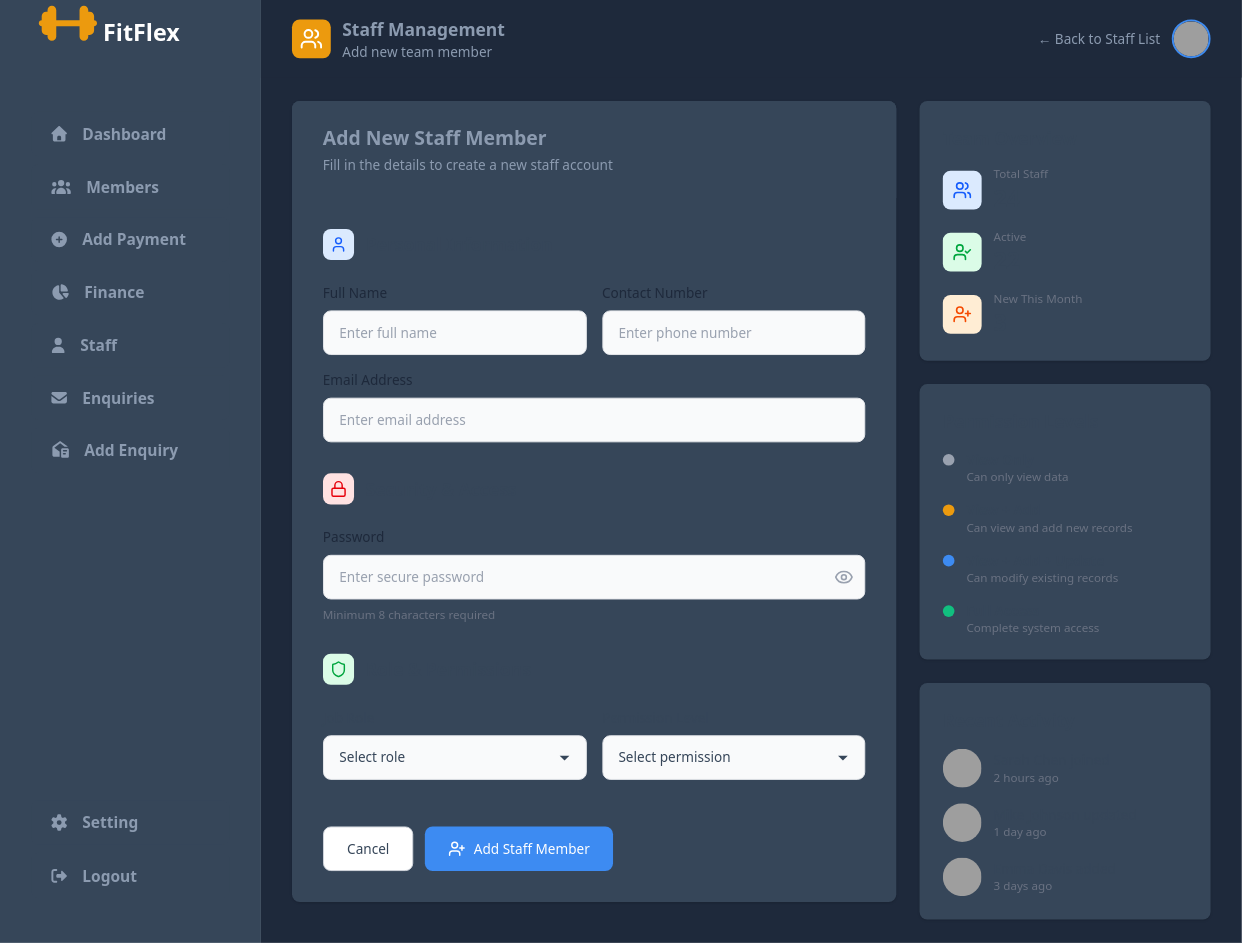
Repository: MuhammadTalhaTaj/gym_management_app_backend
Page: /addstaff (app in frontend/)
An editor plug-in stored every save of this project. The page is shown before and after the next save, followed by the edit.
The browser window is 1280 px wide. The pictures show the whole page, at 97% of full size.
Pictures or frames that could not be fetched are drawn as grey boxes. The project was rebuilt for these pictures with package versions that can differ from the ones it lists, and the page was loaded fresh each time. Also part of the build but not shown: frontend/vite.config.ts, frontend/src/assets/styles/AdminHeader.css, frontend/src/Components/AdminHeader.tsx, frontend/src/assets/styles/AdminDashboard.css, frontend/src/hooks/useDashboardData.ts, frontend/src/assets/styles/AdminDashboardStats.css, frontend/src/Components/AdminDashboardStats.tsx, frontend/src/Components/IncomeExpenseChart.tsx and 31 more.

Above is the page before, as saved 2025-11-21 10:42:27.

### frontend/index.html
<!doctype html>
<html lang="en">

<head>
  <meta charset="UTF-8" />
  <link rel="icon" type="image/svg+xml" href="/vite.svg" />
  <meta name="viewport" content="width=device-width, initial-scale=1.0" />
  <title>GymManagement</title>
  <link rel="preconnect" href="https://fonts.googleapis.com" />
  <link rel="preconnect" href="https://fonts.gstatic.com" crossorigin />
  <link rel="stylesheet" href="https://fonts.googleapis.com/css2?family=Roboto:wght@300;400;500;700&display=swap" />

</head>

<body>
  <div id="root"></div>
  <script type="module" src="/src/main.tsx"></script>
</body>

</html>

### frontend/src/index.css
@import "tailwindcss";
:root{
  padding: 0;
  margin: 0;
  box-sizing: border-box;
  --primary-100:#364659;
  --primary-200:#1E293B;
  --primary-300:#8C9BB0;
  --secondary-100: #EC9A0E;
  --secondary-200:#595446;
  --tertiary-100: #F24949;
  --tertiary-100-30: #584252;
  --tertiary-200: #F47117;
  --tertiary-200-30: #5A4B48;
  --tertiary-300: #11BF7F;
  --tertiary-300-30: #2B595E;
  --tertiary-400: #3D8BF2;
  --tertiary-400-30: #344E75;
  --tertiary-500: #94A3B8;
  --tertiary-600: #1E293B;
}
body{
  padding: 0;
  margin: 0;
}
.adminMain{
  display: flex;
  margin: 0;
  justify-content: space-between;
  padding: 0;
  /* border: 2px solid blue; */
}
@media all and (max-width:700px) {
  .adminMain{
    flex-direction: column;
  }
}

### frontend/src/Components/ProtectedRoute.tsx
import React, { useEffect, useState } from "react";
// import { Navigate } from "react-router-dom";
import { apiRequest } from "../config/api";

type Props = {
  children: React.ReactNode;
};

const getStoredToken = (): string | null => {
  return localStorage.getItem("accessToken") || sessionStorage.getItem("accessToken");
};

export default function ProtectedRoute({ children }: Props) {
  const [status, setStatus] = useState<"pending" | "ok" | "unauth">("pending");

  useEffect(() => {
    let mounted = true;

    const token = getStoredToken();
    if (!token) {
      // no token -> immediately unauth
      if (mounted) setStatus("unauth");
      return;
    }

    const validate = async () => {
      try {
        // call backend authenticate endpoint
        const res = await apiRequest<{ success?: boolean; message?: string; userId?: string }>({
          method: "GET",
          endpoint: "/auth/authenticate"
        });

        // backend returns success:true on valid token
        if (mounted && res && (res as any).success === true) {
          setStatus("ok");
        } else {
          // treat missing success flag as unauth
          if (mounted) setStatus("unauth");
        }
      } catch (err) {
        // any error -> unauth
        if (mounted) setStatus("unauth");
      }
    };

    validate();

    return () => { mounted = false; };
  }, []);

  if (status === "pending") {
    // while checking, render nothing (keep UI/layout unchanged)
    return null;
  }

  if (status === "unauth") {
    // clear tokens to ensure clean state, then redirect
    try {
      localStorage.removeItem("accessToken");
      sessionStorage.removeItem("accessToken");
    } catch (e) {
      // ignore
    }
    // return <Navigate to="/login" replace />;
  }

  // auth ok
  return <>{children}</>;
}

### frontend/src/context/AuthContext.tsx
// src/context/AuthContext.tsx (example)
import React, { createContext, useEffect } from "react";
import { onAuthFailure,
  // setAccessToken as storeAccessToken,
   clearTokens } from "../config/auth";
import { useNavigate } from "react-router-dom";

export const AuthContext = createContext<any>(null);

export const AuthProvider: React.FC<{children:any}> = ({ children }) => {
  const navigate = useNavigate();

  useEffect(() => {
    onAuthFailure(() => {
      // clear local tokens and redirect to login
      clearTokens();
      navigate("/login");
    });
  }, [navigate]);

  return <AuthContext.Provider value={{}}>{children}</AuthContext.Provider>;
};

### frontend/src/pages/Admin/AddStaff.tsx
import React, { useState } from 'react';
import { Eye, EyeOff, Users, UserCheck, UserPlus, Shield, User, Lock } from 'lucide-react';

// Data file - export this to a separate file in your project (e.g., staffData.js)
export const staffData = {
  teamOverview: {
    totalStaff: 24,
    activeStaff: 22,
    newThisMonth: 3
  },
  permissionLevels: [
    {
      id: 'view-only',
      name: 'View Only',
      description: 'Can only view data',
      color: 'bg-gray-400'
    },
    {
      id: 'view-add',
      name: 'View + Add',
      description: 'Can view and add new records',
      color: 'bg-[var(--secondary-100)]'
    },
    {
      id: 'view-add-update',
      name: 'View + Add + Update',
      description: 'Can modify existing records',
      color: 'bg-[var(--tertiary-400)]'
    },
    {
      id: 'full-access',
      name: 'Full Access',
      description: 'Complete system access',
      color: 'bg-[var(--tertiary-300)]'
    }
  ],
  recentActivity: [
    {
      id: 1,
      name: 'Sarah Chen',
      action: 'joined',
      time: '2 hours ago',
      avatar: 'https://i.pravatar.cc/150?img=1'
    },
    {
      id: 2,
      name: 'Mike Johnson',
      action: 'updated',
      time: '1 day ago',
      avatar: 'https://i.pravatar.cc/150?img=2'
    },
    {
      id: 3,
      name: 'Emma Davis',
      action: 'added',
      time: '3 days ago',
      avatar: 'https://i.pravatar.cc/150?img=3'
    }
  ],
  jobRoles: [
    'Select role',
    'Administrator',
    'Manager',
    'Developer',
    'Designer',
    'Analyst',
    'Support Staff'
  ],
  permissions: [
    'Select permission',
    'View Only',
    'View + Add',
    'View + Add + Update',
    'Full Access'
  ]
};

// Reusable Components
const Card = ({ children, className = '' }) => (
  <div className={`bg-[var(--primary-100)] rounded-lg shadow-sm ${className}`}>
    {children}
  </div>
);

const Input = ({ label, placeholder, type = 'text', value, onChange, showPasswordToggle, onTogglePassword, showPassword, helperText }) => (
  <div className="flex flex-col gap-2">
    {label && (
      <label className="text-sm font-medium text-[var(--primary-200)]">
        {label}
      </label>
    )}
    <div className="relative">
      <input
        type={type}
        placeholder={placeholder}
        value={value}
        onChange={onChange}
        className="w-full px-4 py-3 bg-gray-50 border border-gray-200 rounded-lg text-sm text-[var(--primary-100)] placeholder-gray-400 focus:outline-none focus:ring-2 focus:ring-[var(--tertiary-400)] focus:border-transparent transition-all"
      />
      {showPasswordToggle && (
        <button
          type="button"
          onClick={onTogglePassword}
          className="absolute right-3 top-1/2 -translate-y-1/2 text-gray-400 hover:text-[var(--primary-100)] transition-colors"
        >
          {showPassword ? <EyeOff size={20} /> : <Eye size={20} />}
        </button>
      )}
    </div>
    {helperText && (
      <span className="text-xs text-gray-500">{helperText}</span>
    )}
  </div>
);

const Select = ({ label, options, value, onChange }) => (
  <div className="flex flex-col gap-2">
    {label && (
      <label className="text-sm font-medium text-[var(--primary-100)]">
        {label}
      </label>
    )}
    <select
      value={value}
      onChange={onChange}
      className="w-full px-4 py-3 bg-gray-50 border border-gray-200 rounded-lg text-sm text-[var(--primary-100)] focus:outline-none focus:ring-2 focus:ring-[var(--tertiary-400)] focus:border-transparent transition-all appearance-none cursor-pointer"
      style={{
        backgroundImage: `url("data:[embedded picture, 161 characters]")`,
        backgroundRepeat: 'no-repeat',
        backgroundPosition: 'right 1rem center'
      }}
    >
      {options.map((option, index) => (
        <option key={index} value={option}>
          {option}
        </option>
      ))}
    </select>
  </div>
);

const Button = ({ children, variant = 'primary', onClick, icon: Icon }) => {
  const variants = {
    primary: 'bg-[var(--tertiary-400)] hover:bg-[var(--tertiary-400)]/90 text-white',
    secondary: 'bg-white hover:bg-gray-50 text-[var(--primary-100)] border border-gray-300'
  };

  return (
    <button
      onClick={onClick}
      className={`px-6 py-3 rounded-lg font-medium text-sm transition-all flex items-center justify-center gap-2 ${variants[variant]}`}
    >
      {Icon && <Icon size={18} />}
      {children}
    </button>
  );
};

const StatsCard = ({ icon: Icon, label, value, iconBg, iconColor }) => (
  <div className="flex items-center gap-3">
    <div className={`w-10 h-10 rounded-lg ${iconBg} flex items-center justify-center`}>
      <Icon size={20} className={iconColor} />
    </div>
    <div>
      <p className="text-xs text-gray-500">{label}</p>
      <p className="text-2xl font-bold text-[var(--primary-100)]">{value}</p>
    </div>
  </div>
);

const ActivityItem = ({ activity }) => (
  <div className="flex items-center gap-3">
    <img
      src={activity.avatar}
      alt={activity.name}
      className="w-10 h-10 rounded-full object-cover"
    />
    <div className="flex-1">
      <p className="text-sm font-medium text-[var(--primary-100)]">
        {activity.name} {activity.action}
      </p>
      <p className="text-xs text-gray-500">{activity.time}</p>
    </div>
  </div>
);

const PermissionItem = ({ permission }) => (
  <div className="flex items-start gap-3">
    <div className={`w-3 h-3 rounded-full ${permission.color} mt-1`}></div>
    <div className="flex-1">
      <p className="text-sm font-semibold text-[var(--primary-100)]">{permission.name}</p>
      <p className="text-xs text-gray-500">{permission.description}</p>
    </div>
  </div>
);

const SectionHeader = ({ icon: Icon, title, iconBg, iconColor }) => (
  <div className="flex items-center gap-3 mb-6">
    <div className={`w-8 h-8 rounded-lg ${iconBg} flex items-center justify-center`}>
      <Icon size={18} className={iconColor} />
    </div>
    <h3 className="text-lg font-semibold text-[var(--primary-100)]">{title}</h3>
  </div>
);

// Main Component
const AddStaff = () => {
  const [formData, setFormData] = useState({
    fullName: '',
    contactNumber: '',
    email: '',
    password: '',
    jobRole: staffData.jobRoles[0],
    permission: staffData.permissions[0]
  });

  const [showPassword, setShowPassword] = useState(false);

  const handleInputChange = (field) => (e) => {
    setFormData(prev => ({ ...prev, [field]: e.target.value }));
  };

  const handleSubmit = () => {
    console.log('Form submitted:', formData);
    // Add your form submission logic here
  };

  const handleCancel = () => {
    setFormData({
      fullName: '',
      contactNumber: '',
      email: '',
      password: '',
      jobRole: staffData.jobRoles[0],
      permission: staffData.permissions[0]
    });
  };

  return (
    <div className="min-h-screen w-full bg-[var(--primary-200)]">
      {/* Header */}
      <header className="bg-[var(--primary-200)] text-white px-4 sm:px-6 lg:px-8 py-4">
        <div className="max-w-7xl mx-auto flex items-center justify-between">
          <div className="flex items-center gap-3">
            <div className="w-10 h-10 bg-[var(--secondary-100)] rounded-lg flex items-center justify-center">
              <Users size={24} />
            </div>
            <div>
              <h1 className="text-lg font-semibold text-[var(--primary-300)]">Staff Management</h1>
              <p className="text-sm text-[var(--primary-300)]">Add new team member</p>
            </div>
          </div>
          <div className="flex items-center gap-3">
            <button className="flex items-center text-[var(--primary-300)] gap-2 text-sm hover:text-gray-300 transition-colors">
              <span className="hidden sm:inline">← Back to Staff List</span>
              <span className="sm:hidden">← Back</span>
            </button>
            <img
              src="https://i.pravatar.cc/150?img=5"
              alt="User"
              className="w-10 h-10 rounded-full object-cover border-2 border-[var(--tertiary-400)]"
            />
          </div>
        </div>
      </header>

      {/* Main Content */}
      <main className="max-w-7xl mx-auto px-4 sm:px-6 lg:px-8 py-6">
        <div className="grid grid-cols-1 lg:grid-cols-3 gap-6">
          {/* Left Column - Form */}
          <div className="lg:col-span-2">
            <Card className="p-6 sm:p-8">
              {/* Form Header */}
              <div className="bg-[var(--primary-100)] text-[var(--primary-300)] -mx-6 sm:-mx-8 -mt-6 sm:-mt-8 px-6 sm:px-8 py-6 rounded-t-lg mb-8">
                <h2 className="text-xl font-bold mb-1">Add New Staff Member</h2>
                <p className="text-sm text-[var(--primary-300)]">Fill in the details to create a new staff account</p>
              </div>

              <div className="space-y-8">
                {/* Personal Information */}
                <div>
                  <SectionHeader
                    icon={User}
                    title="Personal Information"
                    iconBg="bg-blue-100"
                    iconColor="text-blue-600"
                  />
                  <div className="grid grid-cols-1 md:grid-cols-2 gap-4">
                    <Input
                      label="Full Name"
                      placeholder="Enter full name"
                      value={formData.fullName}
                      onChange={handleInputChange('fullName')}
                    />
                    <Input
                      label="Contact Number"
                      placeholder="Enter phone number"
                      type="tel"
                      value={formData.contactNumber}
                      onChange={handleInputChange('contactNumber')}
                    />
                  </div>
                  <div className="mt-4">
                    <Input
                      label="Email Address"
                      placeholder="Enter email address"
                      type="email"
                      value={formData.email}
                      onChange={handleInputChange('email')}
                    />
                  </div>
                </div>

                {/* Security & Access */}
                <div>
                  <SectionHeader
                    icon={Lock}
                    title="Security & Access"
                    iconBg="bg-red-100"
                    iconColor="text-red-600"
                  />
                  <Input
                    label="Password"
                    placeholder="Enter secure password"
                    type={showPassword ? 'text' : 'password'}
                    value={formData.password}
                    onChange={handleInputChange('password')}
                    showPasswordToggle
                    onTogglePassword={() => setShowPassword(!showPassword)}
                    showPassword={showPassword}
                    helperText="Minimum 8 characters required"
                  />
                </div>

                {/* Role & Permissions */}
                <div>
                  <SectionHeader
                    icon={Shield}
                    title="Role & Permissions"
                    iconBg="bg-green-100"
                    iconColor="text-green-600"
                  />
                  <div className="grid grid-cols-1 md:grid-cols-2 gap-4">
                    <Select
                      label="Job Role"
                      options={staffData.jobRoles}
                      value={formData.jobRole}
                      onChange={handleInputChange('jobRole')}
                    />
                    <Select
                      label="Permission Level"
                      options={staffData.permissions}
                      value={formData.permission}
                      onChange={handleInputChange('permission')}
                    />
                  </div>
                </div>

                {/* Action Buttons */}
                <div className="flex flex-col sm:flex-row gap-3 pt-4">
                  <Button variant="secondary" onClick={handleCancel}>
                    Cancel
                  </Button>
                  <Button variant="primary" onClick={handleSubmit} icon={UserPlus}>
                    Add Staff Member
                  </Button>
                </div>
              </div>
            </Card>
          </div>

          {/* Right Column - Sidebar */}
          <div className="space-y-6">
            {/* Team Overview */}
            <Card className="p-6">
              <h3 className="text-lg font-semibold text-[var(--primary-100)] mb-4">Team Overview</h3>
              <div className="space-y-4">
                <StatsCard
                  icon={Users}
                  label="Total Staff"
                  value={staffData.teamOverview.totalStaff}
                  iconBg="bg-blue-100"
                  iconColor="text-blue-600"
                />
                <StatsCard
                  icon={UserCheck}
                  label="Active"
                  value={staffData.teamOverview.activeStaff}
                  iconBg="bg-green-100"
                  iconColor="text-green-600"
                />
                <StatsCard
                  icon={UserPlus}
                  label="New This Month"
                  value={staffData.teamOverview.newThisMonth}
                  iconBg="bg-orange-100"
                  iconColor="text-orange-600"
                />
              </div>
            </Card>

            {/* Permission Levels */}
            <Card className="p-6">
              <h3 className="text-lg font-semibold text-[var(--primary-100)] mb-4">Permission Levels</h3>
              <div className="space-y-4">
                {staffData.permissionLevels.map(permission => (
                  <PermissionItem key={permission.id} permission={permission} />
                ))}
              </div>
            </Card>

            {/* Recent Activity */}
            <Card className="p-6">
              <h3 className="text-lg font-semibold text-[var(--primary-100)] mb-4">Recent Activity</h3>
              <div className="space-y-4">
                {staffData.recentActivity.map(activity => (
                  <ActivityItem key={activity.id} activity={activity} />
                ))}
              </div>
            </Card>
          </div>
        </div>
      </main>
    </div>
  );
};

export default AddStaff;

### frontend/src/config/auth.ts
// src/config/auth.ts
const ACCESS_TOKEN_KEY = "accessToken";

/**
 * Read access token (prefers localStorage, fallbacks to sessionStorage)
 */
export function readAccessToken(): string | null {
  return localStorage.getItem(ACCESS_TOKEN_KEY) || sessionStorage.getItem(ACCESS_TOKEN_KEY);
}

/**
 * Store access token.
 * If `persist` true -> save to localStorage, otherwise sessionStorage.
 */
export function setAccessToken(token: string | null, persist = true) {
  if (!token) {
    localStorage.removeItem(ACCESS_TOKEN_KEY);
    sessionStorage.removeItem(ACCESS_TOKEN_KEY);
    return;
  }
  if (persist) {
    localStorage.setItem(ACCESS_TOKEN_KEY, token);
    sessionStorage.removeItem(ACCESS_TOKEN_KEY);
  } else {
    sessionStorage.setItem(ACCESS_TOKEN_KEY, token);
    localStorage.removeItem(ACCESS_TOKEN_KEY);
  }
}

/**
 * Clear tokens
 */
export function clearTokens() {
  localStorage.removeItem(ACCESS_TOKEN_KEY);
  sessionStorage.removeItem(ACCESS_TOKEN_KEY);
}

/**
 * Call refresh endpoint to obtain a fresh access token.
 * Note: This request includes credentials because your backend may store refresh token in an httpOnly cookie.
 */
let AUTH_BASE_URL = (import.meta.env.VITE_API_URL || "http://localhost:4000").replace(/\/$/, "");

export async function refreshAccessToken(): Promise<string> {
  const url = `${AUTH_BASE_URL}/auth/refreshToken`;

  const res = await fetch(url, {
    method: "POST",
    // include cookies to allow the server to find httpOnly refresh cookie
    credentials: "include",
    headers: {
      "Content-Type": "application/json"
    },
    // no body needed because your server reads cookie/header
  });

  // If server returns non-JSON or non-ok, try to parse but handle gracefully
  let data: any = {};
  try {
    data = await res.json();
  } catch (e) {
    // ignore parse error
  }

  if (!res.ok) {
    // throw useful error with body message if present
    const message = data?.message || `Failed to refresh access token (status ${res.status})`;
    throw new Error(message);
  }

  if (!data?.accessToken) {
    throw new Error("Refresh succeeded but no accessToken returned");
  }

  // store returned token (persist behavior up to you; default persist)
  setAccessToken(data.accessToken, true);
  return data.accessToken;
}

/**
 * App-level callback when refresh fails (e.g., redirect to /login)
 */
let authFailureHandler: (() => void) | null = null;
export function onAuthFailure(handler: () => void) {
  authFailureHandler = handler;
}
export function callAuthFailureHandler() {
  if (typeof authFailureHandler === "function") authFailureHandler();
}

Loaded but not shown: frontend/src/main.tsx (common file); frontend/src/Components/AdminSidebar.tsx (181 lines, source omitted); frontend/src/config/api.ts (123 lines, source omitted); frontend/src/App.tsx (71 lines, source omitted); frontend/src/assets/styles/AdminSidebar.css (138 lines, source omitted)

After the next save:
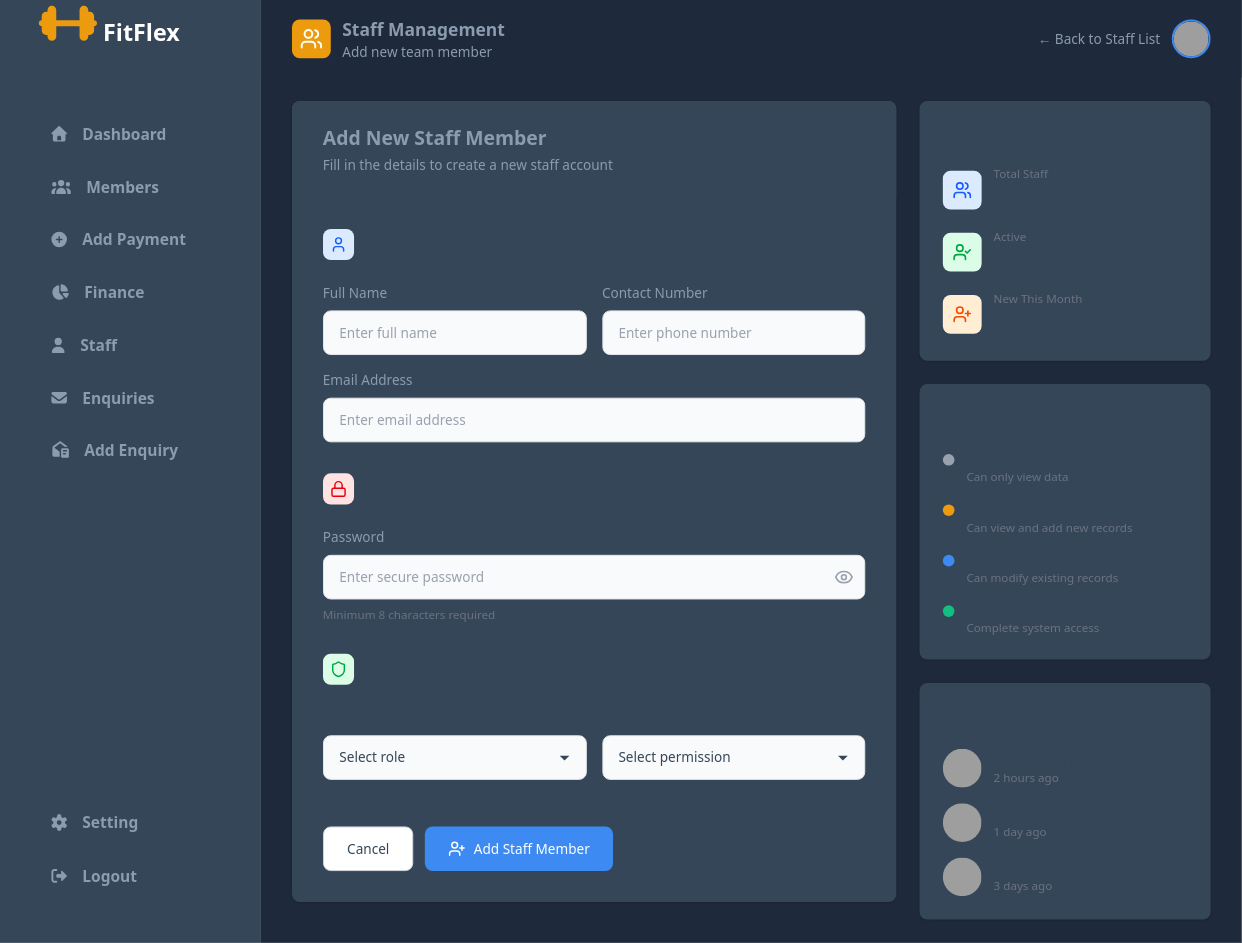
Saved 4 s later.
--- a/frontend/src/pages/Admin/AddStaff.tsx
+++ b/frontend/src/pages/Admin/AddStaff.tsx
@@ -85,7 +85,7 @@ const Card = ({ children, className = '' }) => (
 const Input = ({ label, placeholder, type = 'text', value, onChange, showPasswordToggle, onTogglePassword, showPassword, helperText }) => (
   <div className="flex flex-col gap-2">
     {label && (
-      <label className="text-sm font-medium text-[var(--primary-200)]">
+      <label className="text-sm font-medium text-[var(--primary-300)]">
         {label}
       </label>
     )}
